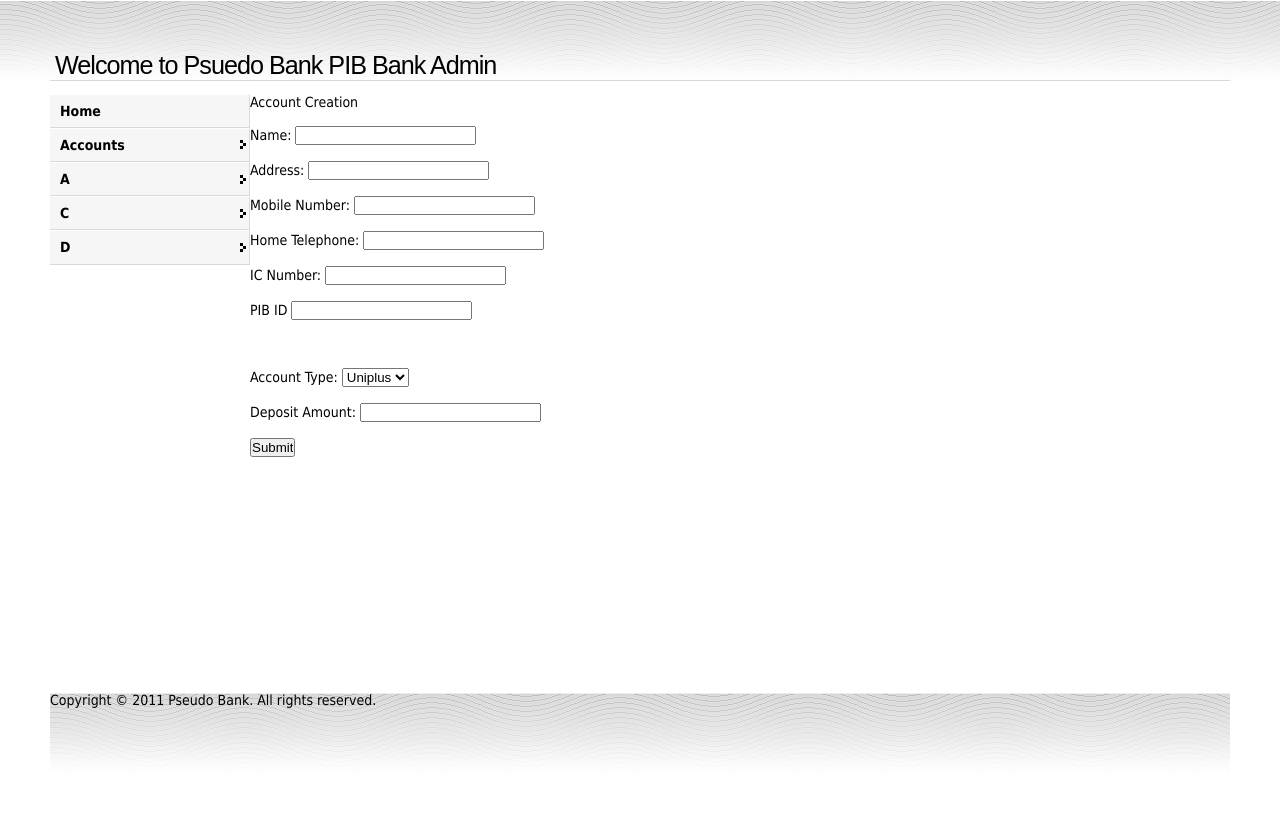
Repository: hareth12/Final-Year-Project
Page: http://localhost/bankAdmin/Account/accountCreation1.jsp
These files come from the project's save history. The page is drawn as it stood at one moment and after the next save; the edit follows.
The browser window is 1280 px wide. The pictures show the whole page.
The page is served by Tomcat 9. Other server files are loaded and not shown.

Above is the page before, as saved 2011-09-30 12:22:08.

### bankAdmin/WebContent/Account/accountCreation1.jsp
<!DOCTYPE html PUBLIC "-//W3C//DTD XHTML 1.0 Transitional//EN" "http://www.w3.org/TR/xhtml1/DTD/xhtml1-transitional.dtd">
<html xmlns="http://www.w3.org/1999/xhtml" xml:lang="en" lang="en">
<head>
<title>Psuedo Bank Personal Internal Banking</title>
<meta http-equiv="Content-Type" content="text/html; charset=utf-8" />
<meta name="author" content="Tom@Lwis (http://www.lwis.net/free-css-drop-down-menu/)" />
<meta name="keywords" content="css, dropdowns, dropdown menu, drop-down, menu, navigation, nav, horizontal, vertical left-to-right, vertical right-to-left, horizontal linear, horizontal upwards, cross browser, internet explorer, ie, firefox, safari, opera, browser, lwis" />
<meta name="description" content="Simple vertical left-to-right direction css drop-down menu demo using clean, standards-friendly, free, easy, cross browser framework for css drop-down menus" />
<link href="/bankAdmin/asset/secured/helper.css" media="screen" rel="stylesheet" type="text/css" />

<style type="text/css">

/* Layout */
@import "/bankAdmin/asset/secured/dropdown.css";
@import "/bankAdmin/asset/secured/dropdown.vertical.css";

/* Theme */
@import "/bankAdmin/asset/secured/default.css";

</style>


</head>
<body>
<div id="wrap">  <!-- This wrap div needs to encompass everything except the footer div at bottom -->
<h1>Welcome to Psuedo Bank PIB Bank Admin</h1>

<ul id="nav" class="dropdown dropdown-vertical">
    <li><a href="#">Home</a></li>
    <li class="dir">Accounts
        <ul>
            <li><a href="/bankAdmin/AccountCreation">Accounts Creation</a></li>
            <li><a href="#">Accounts Enquiry</a></li>
                <ul>
                    <li><a href="./">1</a></li>
                    <li><a href="./">2</a></li>
                    <li><a href="./">3</a></li>
                    <li><a href="./">4</a></li>
                    <li><a href="./">5</a></li>
                </ul>
            </li>
        </ul>
    </li>
    <li class="dir">A
        <ul>
            <li><a href="#">1</a></li>
            <li><a href="#">2</a></li>
            <li><a href="#">3</a></li>
        </ul>
    </li>
    <li class="dir">C
        <ul>
            <li><a href="./">1</a></li>
            <li><a href="./">2</a></li>
            <li><a href="./">3</a></li>
        </ul>
    </li>
    <li class="dir">D</a>
        <ul>
            <li><a href="./">1</a></li>
        </ul>
    </li>
</ul>
	<div id="main">
	Account Creation
	<br></br>

		<form name="input" action="/bankAdmin/AccountCreation2" method="post">
		<table>
		<tr>
		Name: <input type="text" name="name" />  <br></br>
		</tr>
		<tr>
		Address: <input type="text" name="address" /> <br></br>
		Mobile Number: <input type="text" name="mobile" /> <br></br>
		Home Telephone: <input type="text" name="home" /> <br></br>
		IC Number: <input type="text" name="icNumber" /> <br></br>
		PIB ID <input type="text" name="idPib" /> <br></br>
		<br></br>
		Account Type: <select name="accountType">
				  <option value="Uniplus">Uniplus</option>
				</select> <br></br>
		Deposit Amount: <input type="text" name="deposit" /> <br></br>
		<input type="submit" value="Submit" />
		</table>
		</form>




	</div>

</div>

<div class="footer">
	<div id="foot"> <!-- this extra div is just centering the fixed width area of the footer content -->

    <p>Copyright &copy; 2011 Pseudo Bank. All rights reserved.</p>
    </div>
</div>

</body>


</html>

### bankAdmin/WebContent/asset/secured/helper.css

* {
 margin: 0;
 padding: 0;
}

body {
 padding: 50px;
 border-top: solid 1px #fff;
 background: #fff url(images/pattern1.png) 0 0 repeat-x;
 font: 14px/normal Tahoma, Arial, Helvetica, sans-serif;
}

html, body{height: 100%;}

#wrap {min-height: 80%;}

#main {overflow:auto;
    padding-bottom: 20%;}  /* must be same height as the footer */

footer {

 position: relative;
 margin-top: -20%;
 height: 20%;
 clear:both;
 text-align: center;
 width:100%;
}

/* Footer */
#footer {background: #444444 url('images/footer.gif') repeat-x;color:#ffffff;font-size:11px;font-family:Verdana, Arial, sans-serif}
#footer2 {background-color: #444444;color:#ffffff;font-size:11px;font-family:Verdana, Arial, sans-serif;height:140px}
#footer a, #footer2 a {color:#ffffff;text-decoration:underline}
#footer a:hover, #footer2 a:hover {color:#804249;text-decoration:underline}
#footer a:visited, #footer2 a:visited  {color:#ffffff;text-decoration:underline}
#footer p, #footer2 p {margin:0 0 15px 0}
#footer p.axe img, #footer2 p.axe img {margin-bottom:-7px}
#foot {width:100%;margin:0 auto;background: url('images/pattern1.png') repeat-x;height:140px;line-height:1.1em;padding: 0;}
#foot2 {width:800px;margin:0 auto;height:140px;line-height:1.1em;padding:0 10px 0 10px}
#foot #left {width:400px;float:left;padding-top:72px}
#foot #right {width:250px;float:right;text-align:right;padding-top:72px}
#foot2 #left {width:450px;float:left;padding-top:45px}
#foot2 #right {width:250px;float:right;text-align:right;padding-top:45px}

.clearfix:after {content: ".";display: block;height: 0;clear: both;visibility: hidden}
.clearfix {display: inline-block}
* html .clearfix {height: 1%}
.clearfix {display: block}


p { margin-bottom: 1em; }

ul.classic {
 list-style: disc;
 margin-bottom: 1em;
 padding-left: 2em;
}

h1,h2,h3 {
 margin-bottom: .5em;
 font-family: Arial, Helvetica, sans-serif;
 line-height: normal;
}

h1 {
 border-bottom: solid 1px #d9d9d9;
 font-weight: normal;
 font-size: 180%;
 text-indent: 5px;
 letter-spacing: -1px;
}

.dropdown-upward {
 margin-top: 400px !important;
}

### bankAdmin/WebContent/asset/secured/dropdown.css
@charset "UTF-8";

/**
 * Horizontal CSS Drop-Down Menu Module
 *
 * @file        dropdown.css
 * @package     Dropdown
 * @version     0.7.1
 * @type        Transitional
 * @stacks      597-599
 * @browsers    Windows: IE6+, Opera7+, Firefox1+
 *              Mac OS: Safari2+, Firefox2+
 *
 * @link        http://www.lwis.net/
 * @copyright   2006-2008 Live Web Institute. All Rights Reserved.
 *
 */

ul.dropdown,
ul.dropdown li,
ul.dropdown ul {
 list-style: none;
 margin: 0;
 padding: 0;
}

ul.dropdown {
 position: relative;
 z-index: 597;
 float: left;
}

ul.dropdown li {
 float: left;
 line-height: 1.3em;
 vertical-align: middle;
 zoom: 1;
}

ul.dropdown li.hover,
ul.dropdown li:hover {
 position: relative;
 z-index: 599;
 cursor: default;
}

ul.dropdown ul {
 visibility: hidden;
 position: absolute;
 top: 100%;
 left: 0;
 z-index: 598;
 width: 100%;
}

ul.dropdown ul li {
 float: none;
}

ul.dropdown ul ul {
 top: 1px;
 left: 99%;
}

ul.dropdown li:hover > ul {
 visibility: visible;
}

### bankAdmin/WebContent/asset/secured/dropdown.vertical.css
@charset "UTF-8";

/**
 * Vertical Left-to-Right Direction CSS Drop-Down Menu Component
 *
 * @file		dropdown.vertical.css
 * @package		Dropdown
 * @version		0.3
 * @type		Transitional
 * @requires	dropdown.css
 * @browsers	Windows: IE5+, Opera7+, Firefox1+
 *				Mac OS: Safari2+, Firefox2+
 *
 * @link		http://www.lwis.net/
 * @copyright	2006-2008 Live Web Institute. All Rights Reserved.
 *
 */

@import "dropdown.css";

ul.dropdown-vertical {
 width: 200px;
}

ul.dropdown-vertical ul {
 top: 1px;
 left: 99%;
}

ul.dropdown-vertical li {
 float: none;
}

### bankAdmin/WebContent/asset/secured/default.css
@charset "UTF-8";

/**
 * Default CSS Drop-Down Menu Theme
 *
 * @file		default.css
 * @name		Default
 * @version		0.1.1
 * @type		transitional
 * @browsers	Windows: IE5+, Opera7+, Firefox1+
 *				Mac OS: Safari2+, Firefox2+
 *
 * @link		http://www.lwis.net/
 * @copyright	2008 Live Web Institute. All Rights Reserved.
 *
 * Module Classes: *.dir {} *.on {} *.open {} li.hover {} li.first {} li.last {}
 * Expected directory tag - li
 *
 */


/*-------------------------------------------------/
 * @section		Base Drop-Down Styling
 * @structure	ul (unordered list)
 *				ul li (list item)
 *				ul li a (links)
 *				/*\.class|(li|a):hover/
 * @level sep	ul
 */


ul.dropdown {
 font-weight: bold;
}

	ul.dropdown li {
	 padding: 7px 10px;
	 border-style: solid;
	 border-width: 1px 1px 1px 0;
	 border-color: #fff #d9d9d9 #d9d9d9;
	 background-color: #f6f6f6;
	 color: #000;
	}

	ul.dropdown li.hover,
	ul.dropdown li:hover {
	 background-color: #eee;
	 color: #000;
	}

	ul.dropdown a:link,
	ul.dropdown a:visited	{ color: #000; text-decoration: none; }
	ul.dropdown a:hover		{ color: #000; }
	ul.dropdown a:active	{ color: #ffa500; }


	/* -- level mark -- */

	ul.dropdown ul {
	 width: 150px;
	 margin-top: 1px;
	}

		ul.dropdown ul li {
		 font-weight: normal;
		}



/*-------------------------------------------------/
 * @section		Support Class `dir`
 * @level sep	ul, .class
 */


ul.dropdown *.dir {
 padding-right: 20px;
 background-image: url(../secured/images/nav-arrow-down.png);
 background-position: 100% 50%;
 background-repeat: no-repeat;
}


/* -- Components override -- */

ul.dropdown-horizontal ul *.dir {
 padding-right: 15px;
 background-image: url(../secured/images/nav-arrow-right.png);
 background-position: 100% 50%;
 background-repeat: no-repeat;
}

ul.dropdown-upward *.dir {
 background-image: url(../secured/images/nav-arrow-top.png);
}

ul.dropdown-vertical *.dir,
ul.dropdown-upward ul *.dir {
 background-image: url(../secured/images/nav-arrow-right.png);
}

ul.dropdown-vertical-rtl *.dir {
 padding-right: 10px;
 padding-left: 15px;
 background-image: url(../secured/images/nav-arrow-left.png);
 background-position: 0 50%;
}

After the next save:
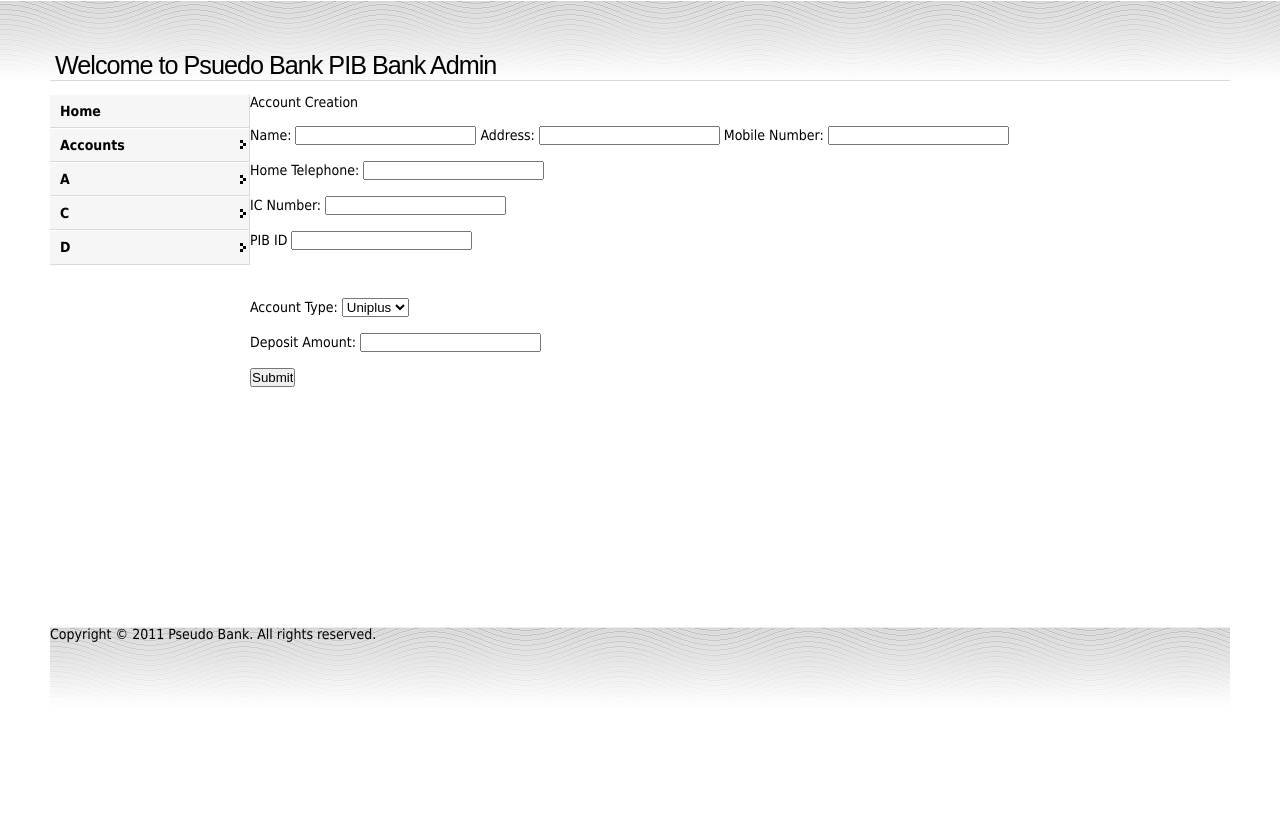
Saved 11 s later.
--- a/bankAdmin/WebContent/Account/accountCreation1.jsp
+++ b/bankAdmin/WebContent/Account/accountCreation1.jsp
@@ -68,10 +68,12 @@
 		<form name="input" action="/bankAdmin/AccountCreation2" method="post">
 		<table>
 		<tr>
-		Name: <input type="text" name="name" />  <br></br>
+		Name: <input type="text" name="name" />
 		</tr>
 		<tr>
-		Address: <input type="text" name="address" /> <br></br>
+		Address: <input type="text" name="address" />
+				</tr>
+		<tr>
 		Mobile Number: <input type="text" name="mobile" /> <br></br>
 		Home Telephone: <input type="text" name="home" /> <br></br>
 		IC Number: <input type="text" name="icNumber" /> <br></br>
